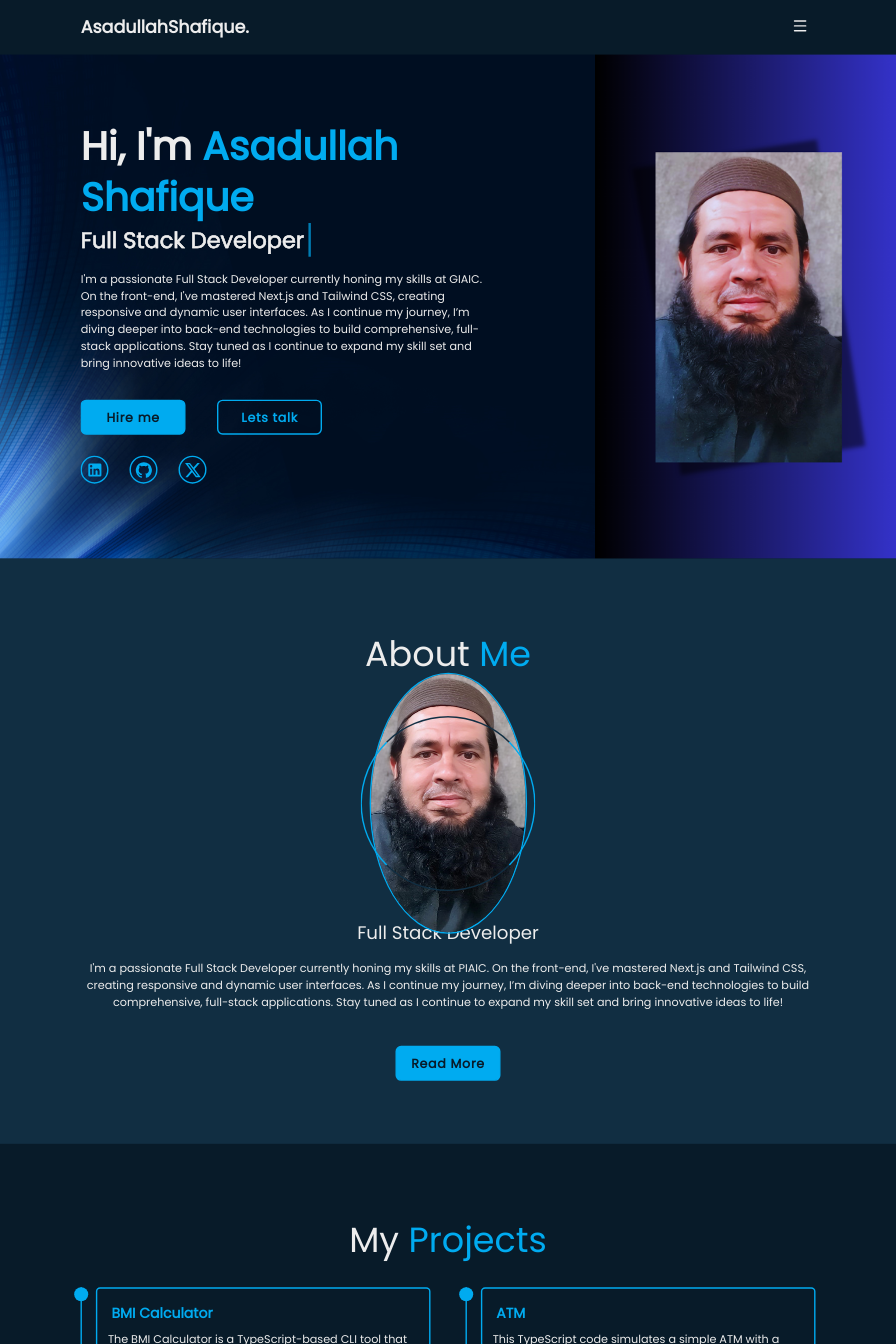
Repository: asadullah48/nextjs_projects_portfolio
Page: /
The author's editor kept a copy of each file at every save. The page is drawn from the files as they stood at one save, then again after the next save.
The browser window is 1280 px wide. The pictures show the part of the page from y = 0 to 1920 px (the page is 4234 px tall), at 70% of full size.
The project was rebuilt for these pictures with package versions that can differ from the ones it lists, and the page was loaded fresh each time. The framework's server and built-in components were replaced by stand-ins that run in the browser. Also part of the build but not shown: next.config.ts.

Above is the page before, as saved 2024-11-13 13:33:10.

After the next save:
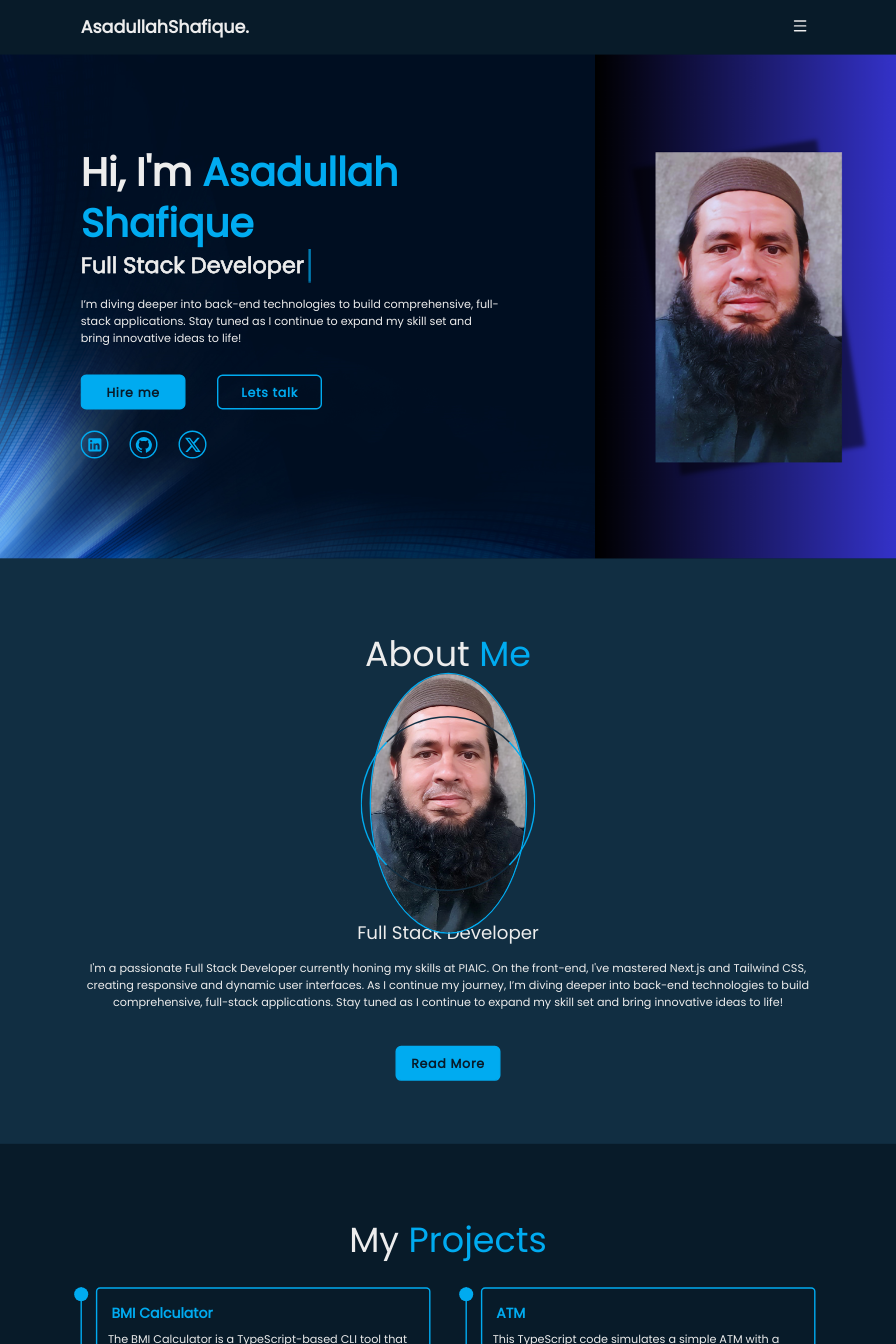
Saved 2 min 14 s later.
--- a/src/app/page.tsx
+++ b/src/app/page.tsx
@@ -132,10 +132,7 @@ active:text-[var(--main-color)]"
             <h3>Full Stack Developer</h3>
           </div>
           <p>
-            I'm a passionate Full Stack Developer currently honing my skills at
-            GIAIC. On the front-end, I've mastered Next.js and Tailwind CSS,
-            creating responsive and dynamic user interfaces. As I continue my
-            journey, I’m diving deeper into back-end technologies to build
+             I’m diving deeper into back-end technologies to build
             comprehensive, full-stack applications. Stay tuned as I continue to
             expand my skill set and bring innovative ideas to life!
           </p>
